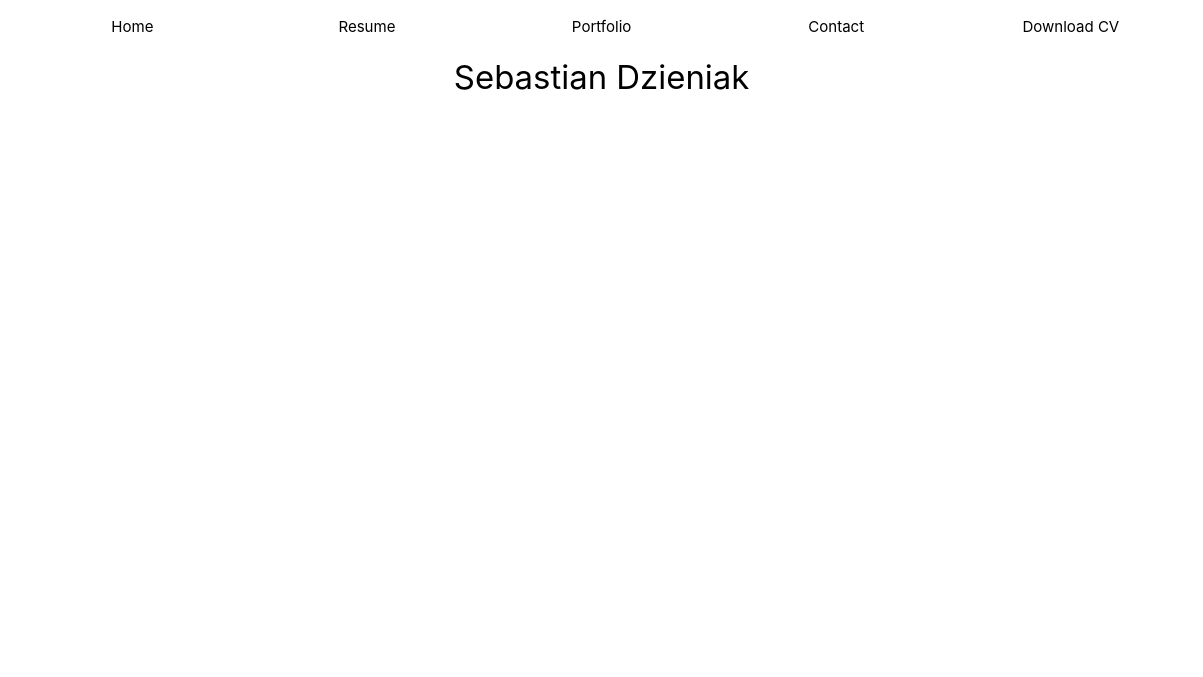
Repository: Code-Institute-Submissions/sebson1990-portfolio.sebastian
Page: index.html
The author's editor kept a record of every edit. The page is drawn from the files as they stood at one moment, then again after the next edit.
The browser window is 1280 px wide. The pictures show the whole page, at 94% of full size.

Above is the page before.

### index.html
<!DOCTYPE html>
<html lang="en">

<head>
    <meta charset="UTF-8">
    <meta name="viewport" content="width=device-width, initial-scale=1.0">
    <meta http-equiv="X-UA-Compatible" content="ie=edge">
    <title>Portfolio Sebastian Dzieniak</title>
    <link rel="stylesheet" href="https://stackpath.bootstrapcdn.com/bootstrap/4.3.1/css/bootstrap.min.css" type="text/css">
    <link rel="stylesheet" href="css/style.css" type="text/css" />
</head>

<body>
    <header>
        <ul class="nav nav-pills nav-justified navbar">
            <li class="nav-item nav-blocks">
                <a class="nav-link menu-item" href="#">Home</a>
            </li>
            <li class="nav-item nav-blocks">
                <a class="nav-link menu-item" href="#">Resume</a>
            </li>
            <li class="nav-item nav-blocks">
                <a class="nav-link menu-item" href="#">Portfolio</a>
            </li>
            <li class="nav-item nav-blocks">
                <a class="nav-link menu-item" href="#">Contact</a>
            </li>
            <li class="nav-item nav-blocks">
                <a class="nav-link menu-item" href="#">Download CV</a>
            </li>
        </ul>
        <row>
            <div class="col-12 logo">Sebastian Dzieniak</div>
        </row>
    </header>
    <section>
        <row>
        <div class="col-8 left-panel">

        </div>
        <div class="col-4 right-panel">

        </div>
        </row>
    </section>
</body>

</html>

### css/style.css
.menu-item {
    color: black;
}

.nav-blocks: hover {
    background-color: red;
}

body {

}

.logo {
    font-size: 35px;
    color: black;
    text-align: center;
}

.navbar{
    text-align: center;
}

.background {
    background-image: url(../assets/profile.jpg);

}

.left-panel {
    height 500px;
}

.right-panel {
    height: 500px;
}

After the next edit:
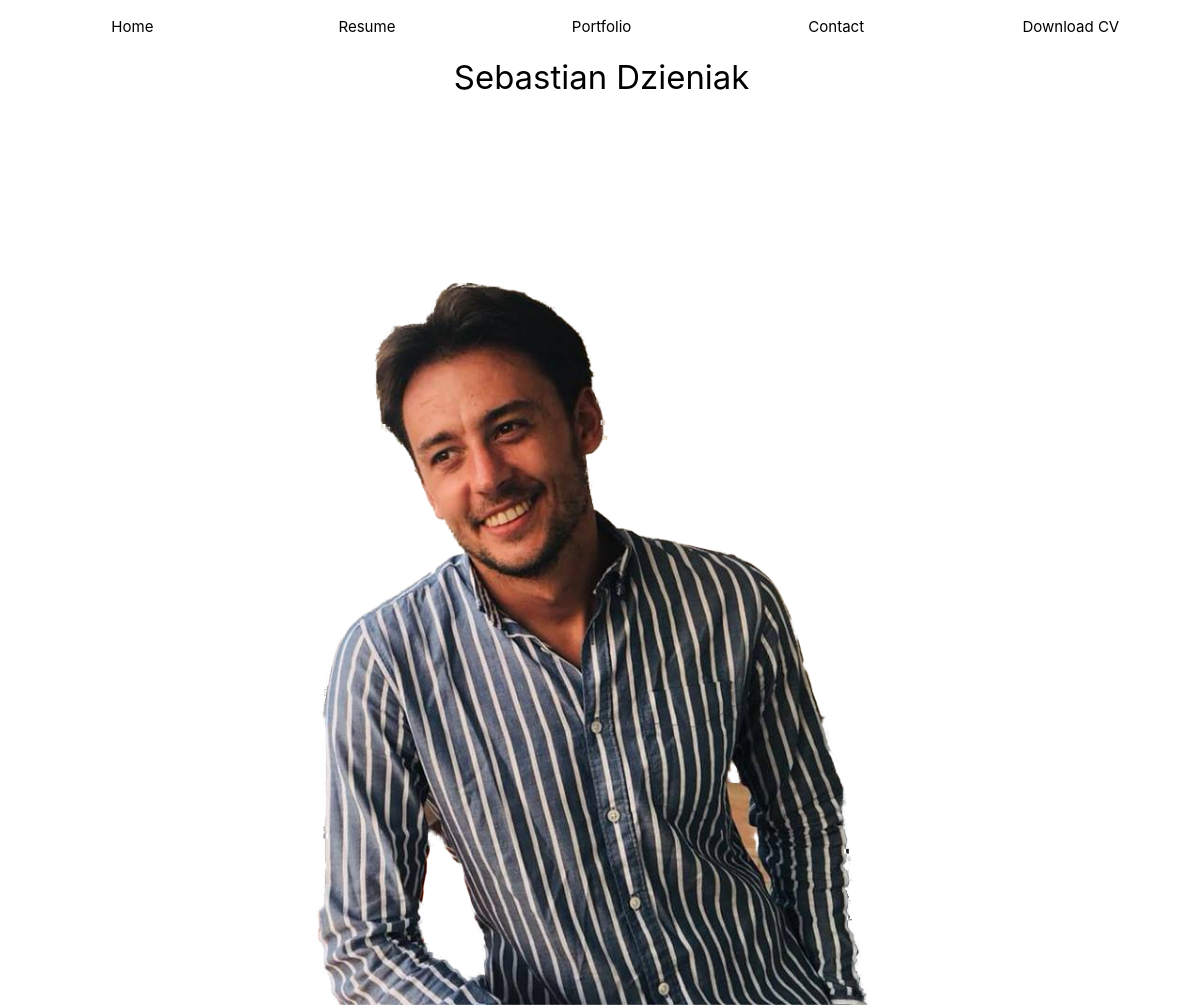
The edit:
--- a/index.html
+++ b/index.html
@@ -34,14 +34,9 @@
         </row>
     </header>
     <section>
-        <row>
-        <div class="col-8 left-panel">
+    <div>
+    <img src="/Assets/profile.jpg"></img>
 
-        </div>
-        <div class="col-4 right-panel">
-
-        </div>
-        </row>
     </section>
 </body>
 
